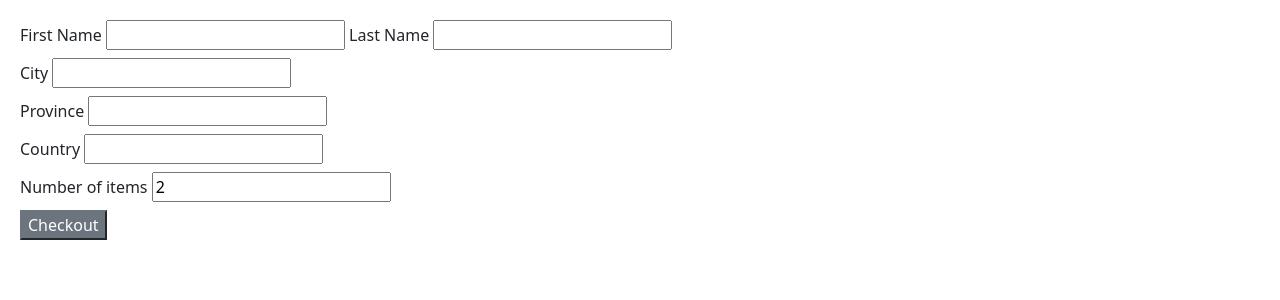
Repository: Flatbook/sliced_bread
Page: http://localhost/checkout
The author's editor kept a copy of each file at every save. The page is drawn from the files as they stood at one save, then again after the next save.
The browser window is 1280 px wide. The pictures show the whole page.
Some web libraries are served in a nearby version. The page is served by the project's application, run on Flask 3 (app.py).

Above is the page before, as saved 2021-05-16 00:01:49.

### flask_project/templates/checkout.html
{% extends "layout.html" %}
{% block content %}

<form method = "POST" action ="{{ url_for('checkout')}}" style="padding: 20px 20px;">
	{{ form. csrf_token }}
	{{ form.name.label(class ="form-label")}}

	{{ form.name (class ="form-label") }}

	{{ form.lname.label (class ="form-label") }}
	{{ form.lname (class ="form-label") }}
</br>

	{{ form.city.label (class ="form-label")}}
	{{ form.city (class ="form-label") }}
</br>

	{{ form.state.label (class ="form-label")}}
	{{ form.state (class ="form-label") }}
</br>

	{{ form.country.label (class ="form-label") }}
	{{ form.country (class ="form-label") }}
</br>

	{{ form.total.label (class ="form-label") }}
	{{ form.total (class ="form-label") }}
</br>

	{{ form.submit (class ="btn-secondary") }}
</form>

<!-- {% if name %}
	<h1>Hello {{ name }}!!</h1>
	<br/>
	<img src="{{ url_for('static', filename='images/NorthPeak.png')}}" width=1100>
	<br/><br/>
	<p id="demo">This is stuff...</p>

<script src="{{ url_for('static', filename='js/myfile.js')}}"></script>


{% else %}
	<h1>What's Your Name?</h1>
	<br/>
	<form method="POST">
		{{ form.hidden_tag() }}

		{{ form.name.label(class="form-label") }}

		{{ form.name(class="form-control") }}
		<br/>

		{{ form.submit(class="btn btn-secondary") }}


	</form>



{% endif %}

{% endblock %} -->

### flask_project/templates/layout.html
<!DOCTYPE html>
<html lang="en">
<head>
    <meta charset="UTF-8">
    <meta http-equiv="X-UA-Compatible" content="IE=edge">
    <meta name="viewport" content="width=device-width, initial-scale=1.0">
    <!-- <link rel = "stylesheet" href="{{ url_for('static', filename='css/main.css') }}"> -->
    <link href="https://cdn.jsdelivr.net/npm/bootstrap@5.0.1/dist/css/bootstrap.min.css" rel="stylesheet" integrity="sha384-+0n0xVW2eSR5OomGNYDnhzAbDsOXxcvSN1TPprVMTNDbiYZCxYbOOl7+AMvyTG2x" crossorigin="anonymous">
    <title>Greatest Beverage </title>
</head>
<body>
    {% block content %} {% endblock %}

 <!-- Optional JavaScript -->
    <!-- jQuery first, then Popper.js, then Bootstrap JS -->
    <script src="https://code.jquery.com/jquery-3.2.1.slim.min.js" integrity="sha384-KJ3o2DKtIkvYIK3UENzmM7KCkRr/rE9/Qpg6aAZGJwFDMVNA/GpGFF93hXpG5KkN" crossorigin="anonymous"></script>
    <script src="https://cdnjs.cloudflare.com/ajax/libs/popper.js/1.12.9/umd/popper.min.js" integrity="sha384-ApNbgh9B+Y1QKtv3Rn7W3mgPxhU9K/ScQsAP7hUibX39j7fakFPskvXusvfa0b4Q" crossorigin="anonymous"></script>
    <script src="https://maxcdn.bootstrapcdn.com/bootstrap/4.0.0/js/bootstrap.min.js" integrity="sha384-JZR6Spejh4U02d8jOt6vLEHfe/JQGiRRSQQxSfFWpi1MquVdAyjUar5+76PVCmYl" crossorigin="anonymous"></script>
</body>
</html>

### flask_project/app.py
from flask import Flask, render_template
from form import checkoutForm
import os
app = Flask(__name__)

imagesFolder = os.path.join('static','images')

app.config['SECRET_KEY'] = "my secret key"
app.config['UPLOAD_FOLDER'] =imagesFolder


drinks =[{
    'title' : 'Sonder Sparkle Mojito',
    'description': 'A bit of sparkle and cheer come together flawlessly in this festive mocktail.'

},
{
    'title': 'French 75 Mocktail',
    'description': 'With the same taste profile of a classic French 75 — think lemon juice and a splash of bitters — this mocktail will energize your evening.'
}
]

@app.route("/")
def hello_world():
    drink2 = os.path.join(app.config['UPLOAD_FOLDER'],'drink2.jpg')
    return render_template('home.html',drinks=drinks,user_image = drink2)

@app.route("/btform")
def btform():
    return render_template('btform.html')

@app.route("/checkout",methods =['GET','POST'])
def checkout():
    name = None
    lname = None
    form = checkoutForm()
    #  #validate form
    if form.validate_on_submit():
        return 'Dear {}, your order for {} drinks is placed Succesfully.'.format(form.name.data,form.lname.data)
    return render_template("checkout.html",
     name=name,form = form)




if __name__ == '__main__':
    app.run(debug=True)

### flask_project/form.py
from flask_wtf import FlaskForm
from wtforms import StringField, SubmitField,IntegerField
from wtforms.validators import DataRequired

class checkoutForm(FlaskForm):
    name = StringField("First Name",description="Tap to enter your first name", validators = [DataRequired()])
    lname = StringField("Last Name",description="Tap to enter your last name",validators=[DataRequired()])
    city = StringField("City",validators=[DataRequired()])
    state = StringField("Province",validators=[DataRequired()])
    country = StringField("Country",validators=[DataRequired()])
    total = IntegerField("Number of items",description="Tap to enter",validators=[DataRequired()],default = "2")
    submit = SubmitField("Checkout")

After the next save:
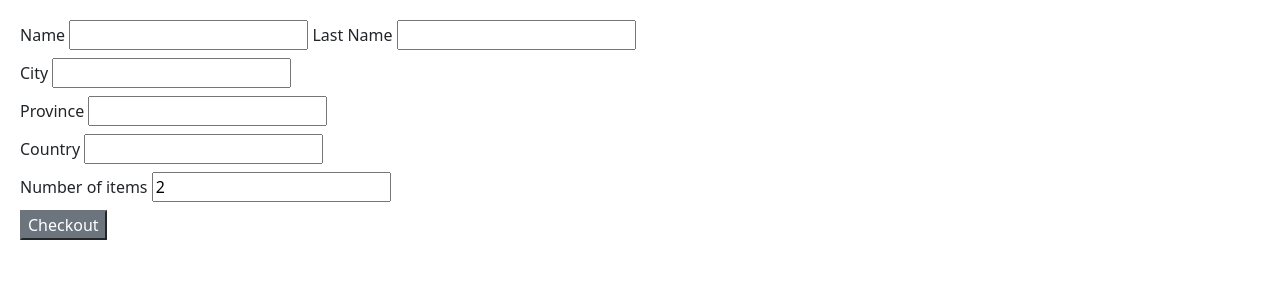
Saved 48 s later.
--- a/flask_project/form.py
+++ b/flask_project/form.py
@@ -3,7 +3,7 @@
 from wtforms.validators import DataRequired
 
 class checkoutForm(FlaskForm):
-    name = StringField("First Name",description="Tap to enter your first name", validators = [DataRequired()])
+    name = StringField(description="Tap to enter your first name", validators = [DataRequired()])
     lname = StringField("Last Name",description="Tap to enter your last name",validators=[DataRequired()])
     city = StringField("City",validators=[DataRequired()])
     state = StringField("Province",validators=[DataRequired()])

After the save that followed:
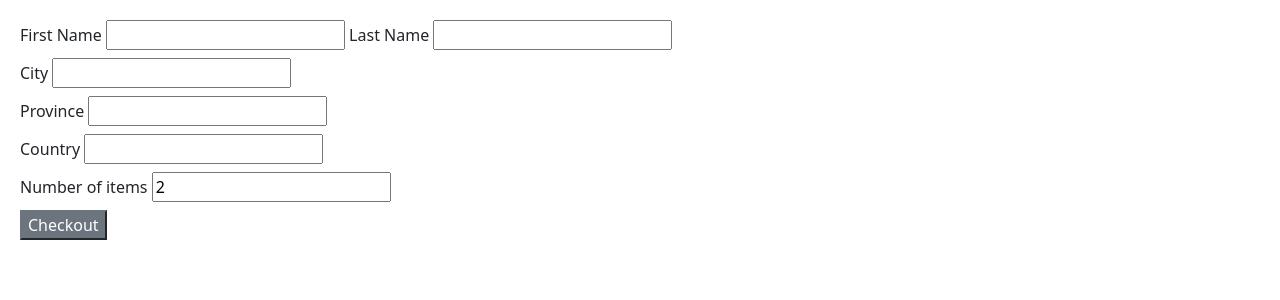
Saved 10 s later.
--- a/flask_project/form.py
+++ b/flask_project/form.py
@@ -3,7 +3,7 @@
 from wtforms.validators import DataRequired
 
 class checkoutForm(FlaskForm):
-    name = StringField(description="Tap to enter your first name", validators = [DataRequired()])
+    name = StringField("First Name",description="Tap to enter your first name", validators = [DataRequired()])
     lname = StringField("Last Name",description="Tap to enter your last name",validators=[DataRequired()])
     city = StringField("City",validators=[DataRequired()])
     state = StringField("Province",validators=[DataRequired()])
